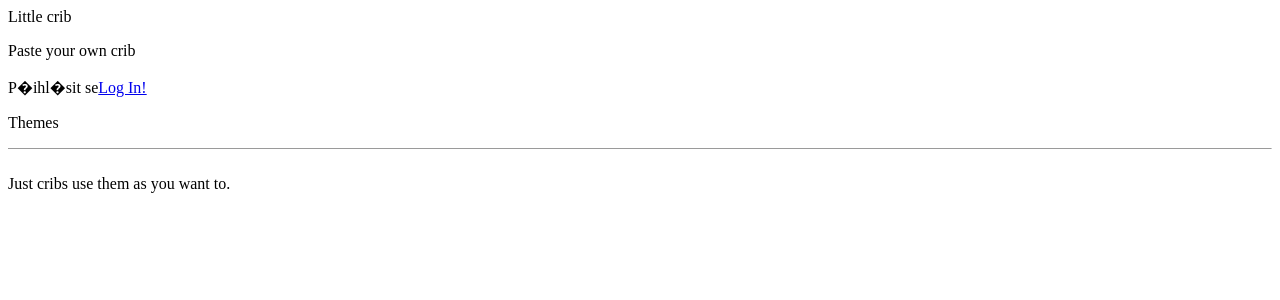
Repository: shadowroot/workspace
Page: http://localhost/
An editor plug-in stored every save of this project. The page is shown before and after the next save, followed by the edit.
The browser window is 1280 px wide. The pictures show the whole page.
The page is run by PHP 8.4 with error messages shown; the project is at /var/www/html/. Queries for data that is not in the repository find no rows.

Above is the page before, as saved 2011-12-01 14:03:46.

After the next save:
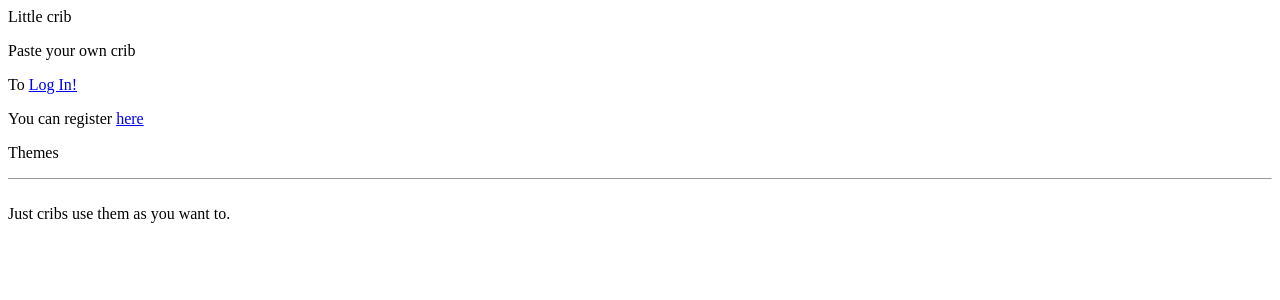
Saved 53 s later.
--- a/crib_pasted/crib.php
+++ b/crib_pasted/crib.php
@@ -6,7 +6,8 @@ if(isset($_SESSION['user']) && $_SESSION['user'] != ""){
 	echo 'Hello '.$_SESSION['user'].' !';
 }
 else{
-	echo '<p>Pøihlásit se<a href="http://'.$root.'/login/">Log In!</a></p>';
+	echo '<p>To <a href="http://'.$root.'/login/">Log In!</a></p>';
+	echo '<p>You can register <a href="http://'.$root.'/register/">here</a></p>';
 }
 
 ?>
